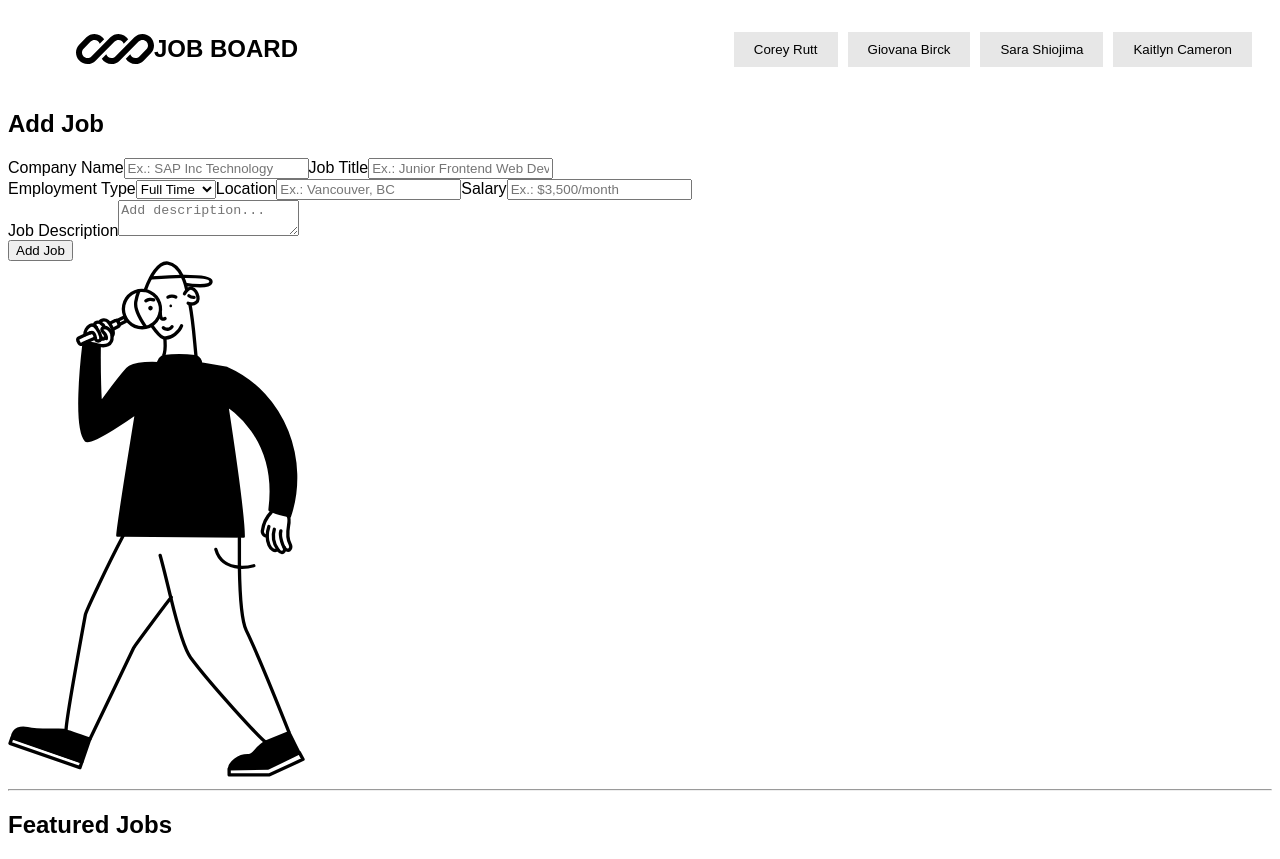
Repository: kcameron37/Final-Project-FrontEnd
Page: /
The author's editor kept a copy of each file at every save. The page is drawn from the files as they stood at one save, then again after the next save.
The browser window is 1280 px wide. The pictures show the whole page.
The project was rebuilt for these pictures with package versions that can differ from the ones it lists, and the page was loaded fresh each time. Also part of the build but not shown: src/components/addJob.module.css.

Above is the page before, as saved 2023-11-14 20:11:23.

After the next save:
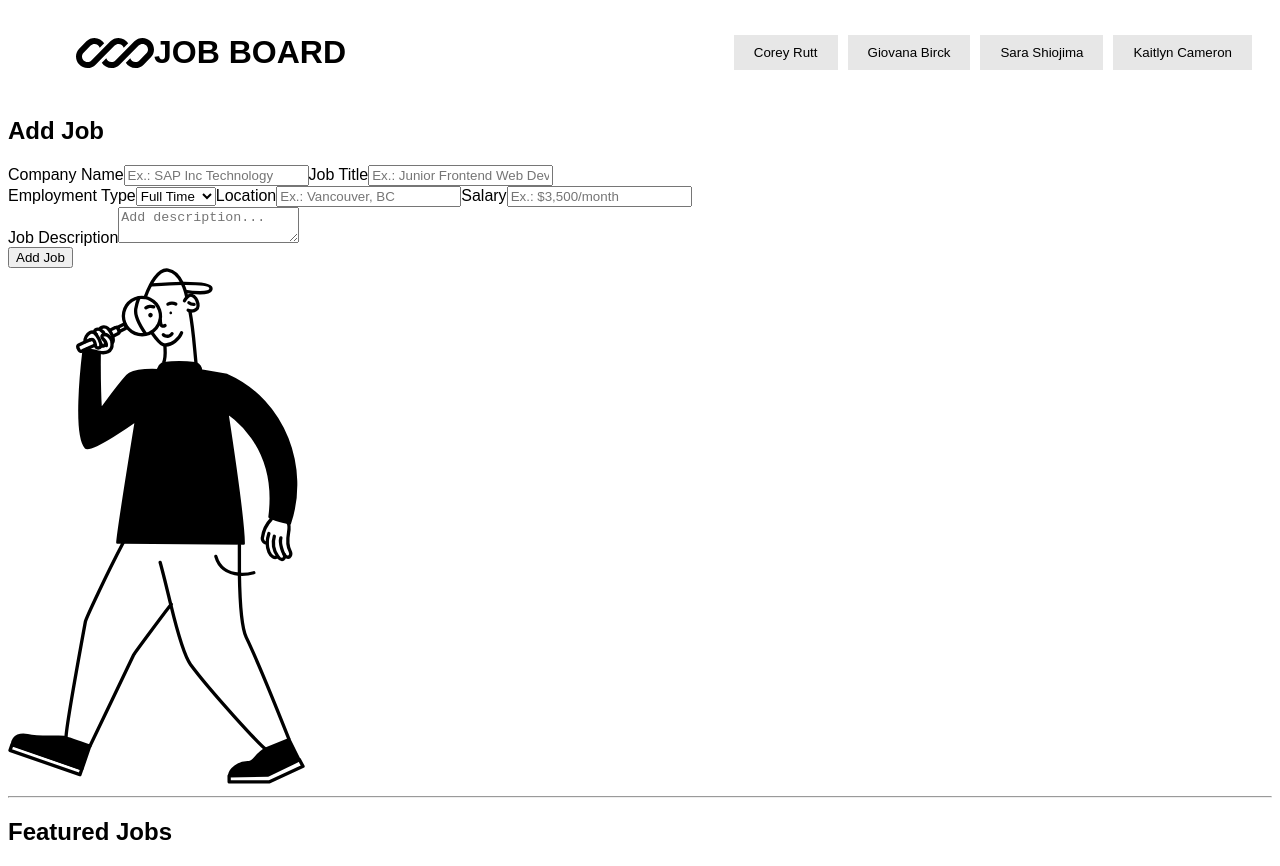
Saved 9 s later.
--- a/src/components/navBar.module.css
+++ b/src/components/navBar.module.css
@@ -20,7 +20,7 @@
   .navBar h2 {
     margin: 0;
     padding: 0;
-    font-size: 24px;
+    font-size: 32px;
   }
 
   .navBar button {
